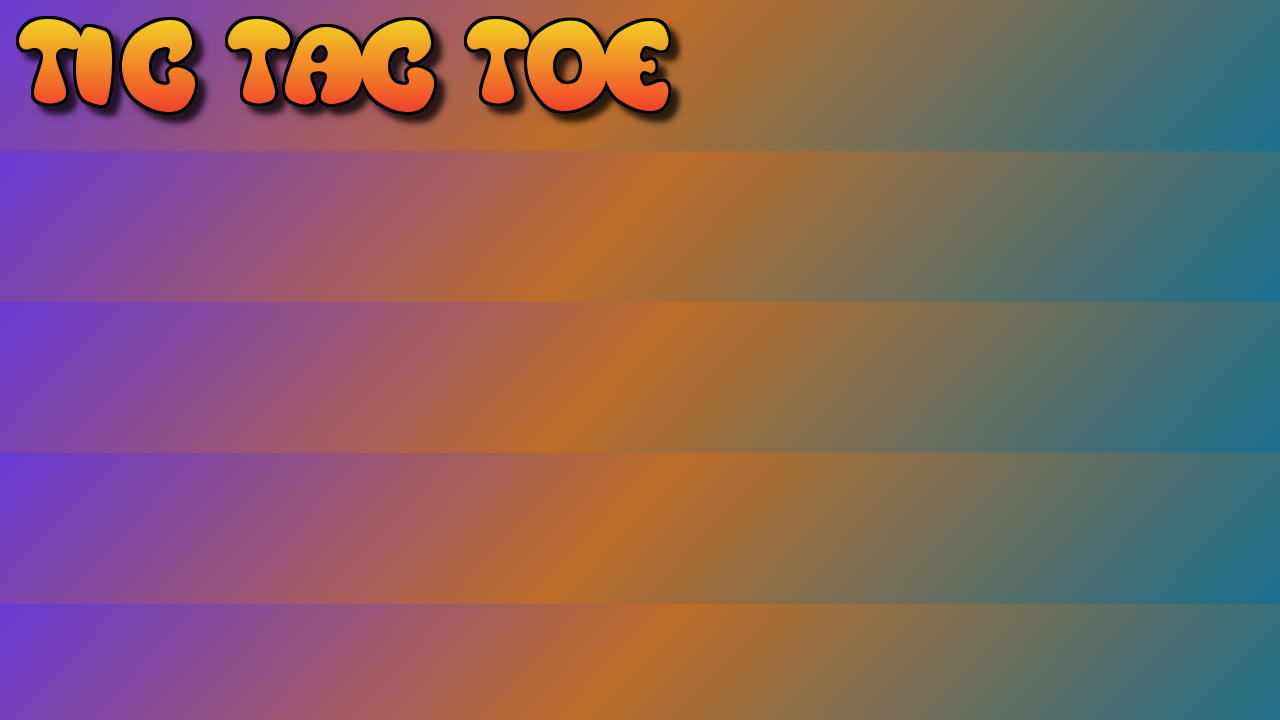
Repository: malx9/Project--5---Tic-Tac-Toe-with-AI
Page: index.html
These files come from the project's save history. The page is drawn as it stood at one moment and after the next save; the edit follows.
The browser window is 1280 px wide. The pictures show the whole page.

Above is the page before, as saved 2023-12-25 13:53:39.

### index.html
<!DOCTYPE html>
<html lang="en">
  <head>
    <meta charset="UTF-8" />
    <meta name="viewport" content="width=device-width, initial-scale=1.0" />
    <link rel="stylesheet" href="styles.css" />
    <title>Tic Tac Toe</title>
  </head>
  <body>
    <header>
      <img class="logo" src="images/logo.png" />
    </header>
    <main>
      <div></div>
    </main>
  </body>
</html>

### styles.css
html {
  background: rgb(106, 56, 213);
  background: linear-gradient(
    133deg,
    rgba(106, 56, 213, 1) 0%,
    rgba(190, 109, 41, 1) 48%,
    rgba(25, 111, 143, 1) 100%
  );
}

.logo {
  margin: 0;
}

After the next save:
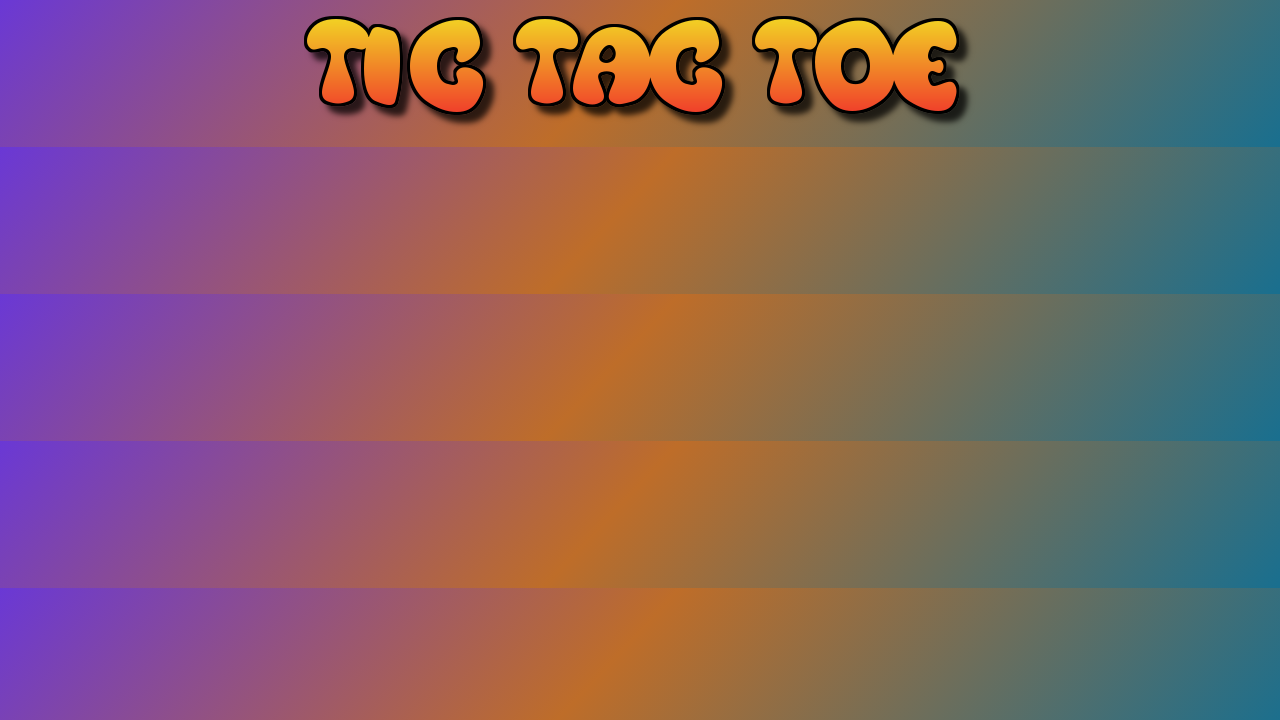
Saved 22 s later.
--- a/styles.css
+++ b/styles.css
@@ -9,5 +9,7 @@ html {
 }
 
 .logo {
-  margin: 0;
+  display: block;
+  margin-left: auto;
+  margin-right: auto;
 }
